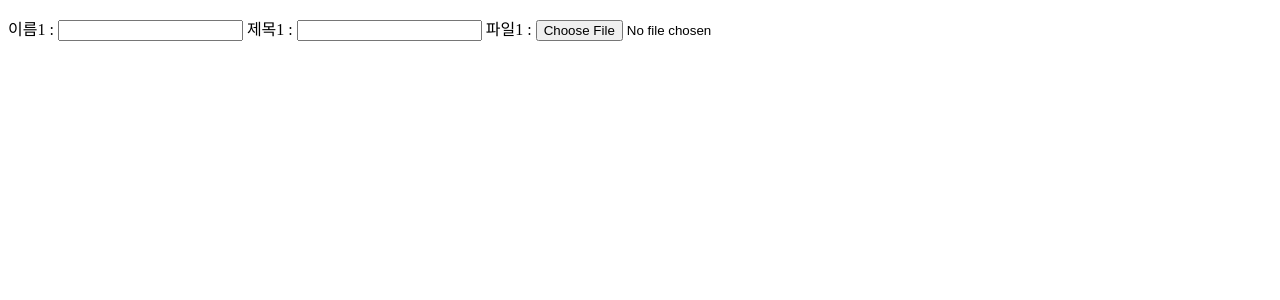
Repository: saysang22/servlet
Page: http://localhost/JSPBook/ch07/fileupload02.jsp
An editor plug-in stored every save of this project. The page is shown before and after the next save, followed by the edit.
The browser window is 1280 px wide. The pictures show the whole page.
The page is served by Tomcat 10.

Above is the page before, as saved 2024-05-30 03:48:17.

After the next save:
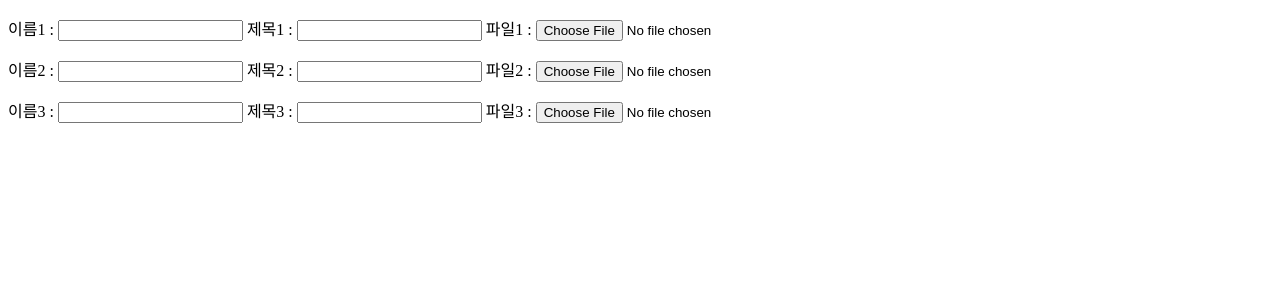
Saved 48 s later.
--- a/JSPBook/src/main/webapp/ch07/fileupload02.jsp
+++ b/JSPBook/src/main/webapp/ch07/fileupload02.jsp
@@ -11,6 +11,13 @@
 		<p>이름1 : <input type="text" name="name1">
 			제목1 : <input type="text" name="subject1">
 			파일1 : <input type="file" name="filename1">
+		<p>이름2 : <input type="text" name="name2">
+		제목2 : <input type="text" name="subject2">
+		파일2 : <input type="file" name="filename2">
+		<p>이름3 : <input type="text" name="name3">
+		제목3 : <input type="text" name="subject3">
+		파일3 : <input type="file" name="filename3">
+
 	</form>
 </body>
 </html>
